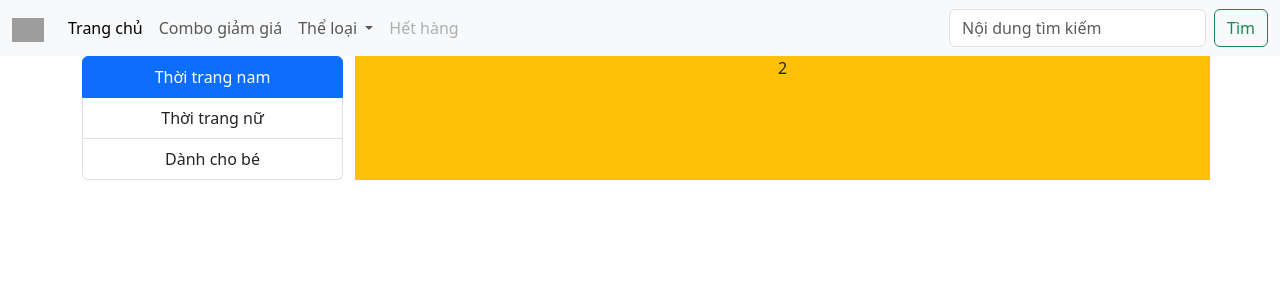
Repository: vnmk1/jsp_servlet-tutorials
Page: Bai4_Bootstrap/src/main/webapp/index.html
An editor plug-in stored every save of this project. The page is shown before and after the next save, followed by the edit.
The browser window is 1280 px wide. The pictures show the whole page.
Pictures or frames that could not be fetched are drawn as grey boxes.

Above is the page before, as saved 2023-07-17 08:52:19.

After the next save:
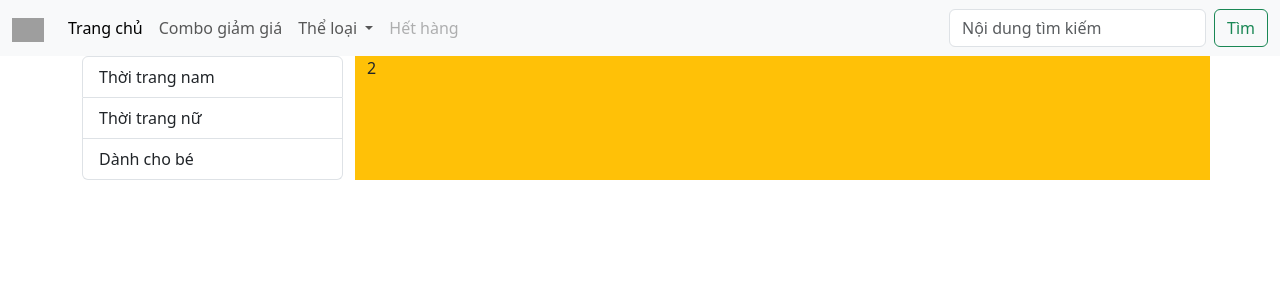
Saved 31 s later.
--- a/Bai4_Bootstrap/src/main/webapp/index.html
+++ b/Bai4_Bootstrap/src/main/webapp/index.html
@@ -50,11 +50,11 @@
 <!-- End -->
 
 <!-- Page content -->
-<div class="container text-center">
+<div class="container ">
 	<div class="row">
 		<div class="col-lg-3">
 			<div class="list-group">
-			  <a href="#" class="list-group-item list-group-item-action active" aria-current="true">
+			  <a href="#" class="list-group-item" aria-current="true">
 			    Thời trang nam
 			  </a>
 			  <a href="#" class="list-group-item list-group-item-action">Thời trang nữ</a>
